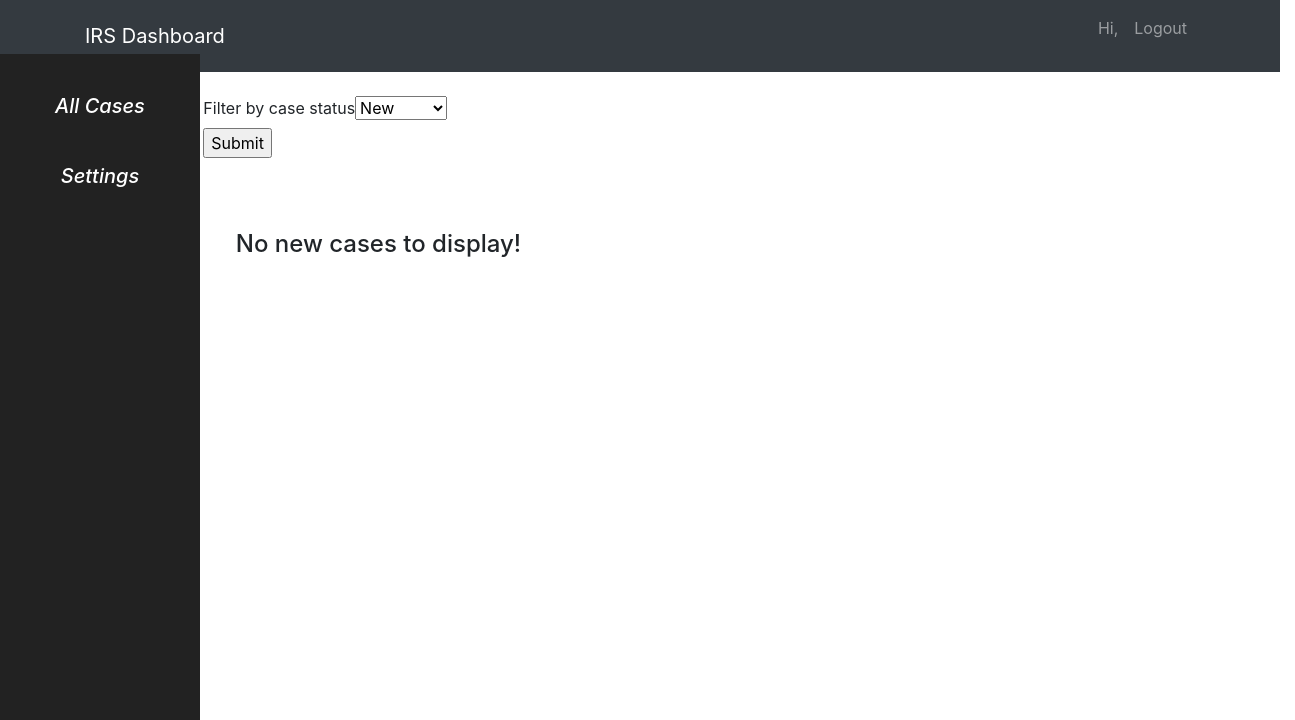
Repository: greeshmavyas/IRS_CS
Page: /AgentDashboard (app in AgentManagement/Frontend/)
These files come from the project's save history. The page is drawn as it stood at one moment and after the next save; the edit follows.
The browser window is 1280 px wide. The page is 1295 px wide, so the pictures cover 1295 px, including what lies to the right of the window. The pictures show the whole page.
The page's requests for data from a server got no answer. Some web libraries are served in a nearby version. The project was rebuilt for these pictures with package versions that can differ from the ones it lists, and the page was loaded fresh each time. No one was signed in, and anything a server would have sent is missing. Also part of the build but not shown: AgentManagement/Frontend/src/components/NavbarLogin.js, AgentManagement/Frontend/src/components/login.js, AgentManagement/Frontend/src/components/Settings.js, AgentManagement/frontend/src/App.css.

Above is the page before, as saved 2020-10-27 01:54:11.

After the next save:
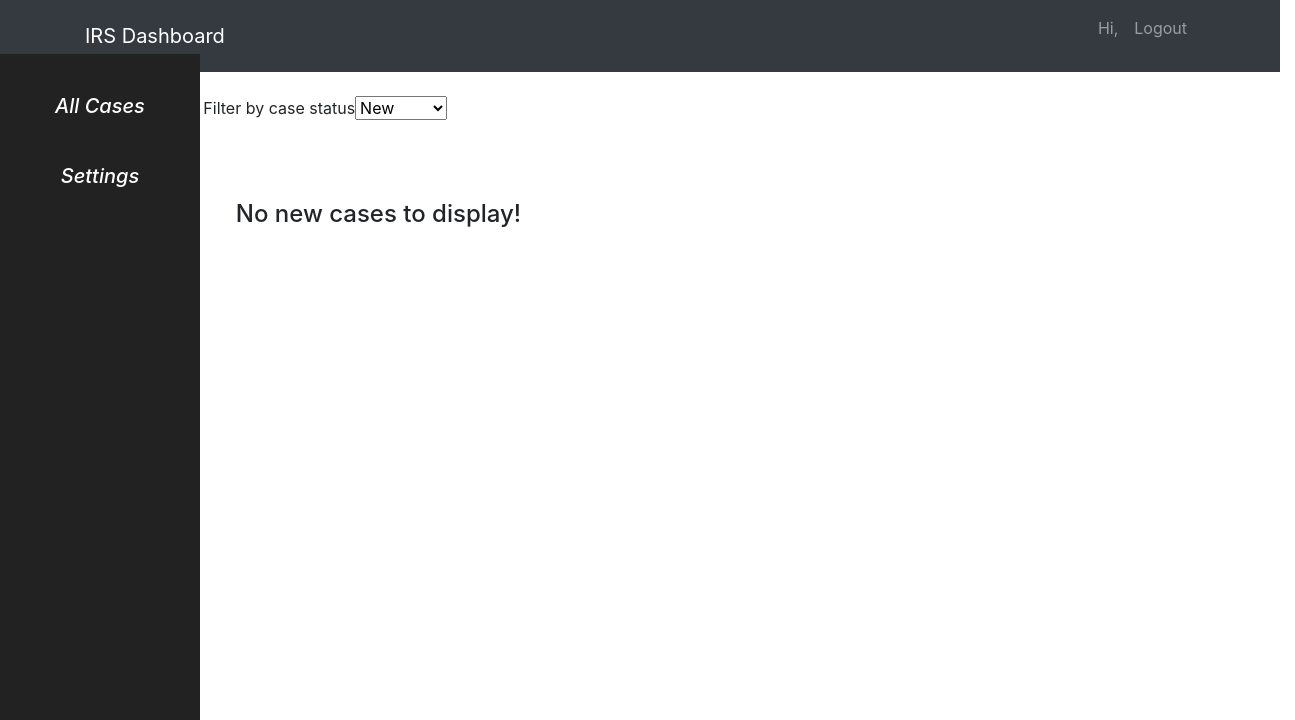
Saved 20 s later.
--- a/AgentManagement/Frontend/src/components/Dashboard.js
+++ b/AgentManagement/Frontend/src/components/Dashboard.js
@@ -132,7 +132,6 @@ class Dashboard extends Component {
                 <option value="Pending">Pending</option>
               </select>
             <br></br>
-            <input type="submit" value="Submit"/>
           </form>
 
           <div className="container col-9">
